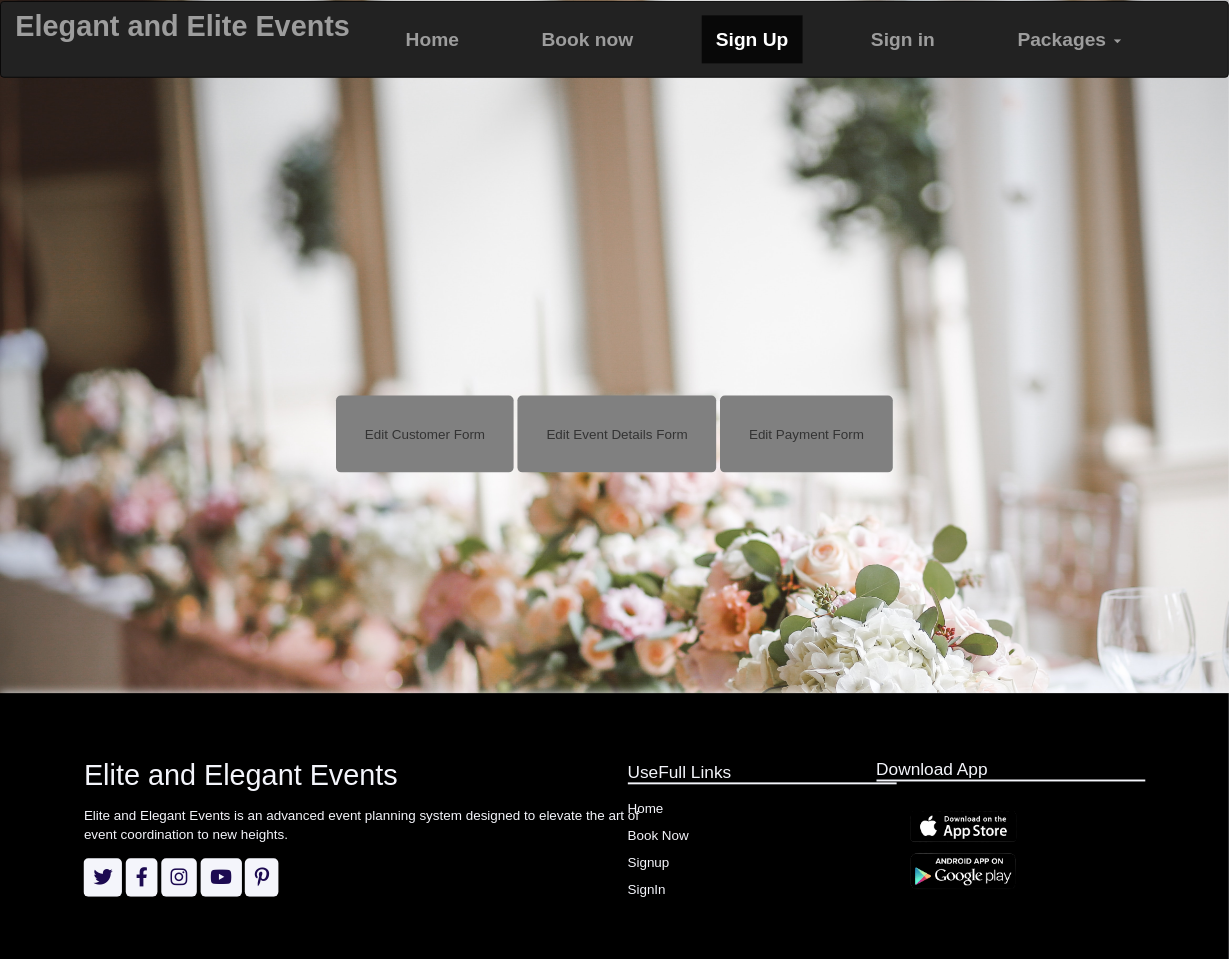
Repository: it22272690/Event-Planning-System
Page: http://localhost/PaymentDemo/useraccount.jsp
These files come from the project's save history. The page is drawn as it stood at one moment and after the next save; the edit follows.
The browser window is 1280 px wide. The pictures show the whole page, at 96% of full size.
Some web fonts or font styles are not loaded; a fallback is used. The page is served by Tomcat 10. Other server files are loaded and not shown.

Above is the page before, as saved 2023-10-24 09:06:22.

### PaymentDemo/src/main/webapp/useraccount.jsp
<%@ page language="java" contentType="text/html; charset=ISO-8859-1"
    pageEncoding="ISO-8859-1"%>
<!DOCTYPE html>
<html>
<head>
    <meta charset="UTF-8">
    <meta name="viewport" content="width=device-width, initial-scale=1.0">
    <title>User Profile</title>

    <link rel="stylesheet" type="text/css" href="css\useraccount.css">
    <link rel="stylesheet" type="text/css" href="css\home.css">
   <title>Bootstrap Example</title>
        <meta charset="utf-8">
        <meta name="viewport" content="width=device-width, initial-scale=1">
        <link rel="stylesheet" href="https://maxcdn.bootstrapcdn.com/bootstrap/3.4.1/css/bootstrap.min.css">
        <script src="https://ajax.googleapis.com/ajax/libs/jquery/3.6.4/jquery.min.js"></script>
        <script src="https://maxcdn.bootstrapcdn.com/bootstrap/3.4.1/js/bootstrap.min.js"></script>
         <!-- Style Css Link -->
    <link rel="stylesheet" href="css/footer.css">
    <!-- Style Css Link -->

    <!-- Font Awesome Cdn -->
    <link rel="stylesheet" href="https://cdnjs.cloudflare.com/ajax/libs/font-awesome/6.4.0/css/all.min.css">
    <!-- Font Awesome Cdn -->

    <!-- Google Font links -->
    <link rel="preconnect" href="https://fonts.googleapis.com">
    <link rel="preconnect" href="https://fonts.gstatic.com" crossorigin>
    <link href="https://fonts.googleapis.com/css2?family=Josefin+Sans:wght@500&display=swap" rel="stylesheet">
    <!-- Google Font links -->
    </head>
    <body>
     <style>

        body {
            font-family: 'Times New Roman';
            background-color: #f0f0f0;
            text-align: center;
            background-image: url("images/useraccount.jpg");
            background-size: cover
        }
    </style>
        <header>

            <nav class="navbar navbar-inverse">

                <div class="container-fluid">
                    <div class="navbar-header">

                        <a class="navbar-brand" href="#"><b style="font-size:30px;">Elegant and Elite Events</b></a>

                    </div>
                    <ul class="nav navbar-nav">

                        <li><a href="Home.jsp">Home</a></li>
                        <li><a href="Navigate.jsp">Book now</a></li>
                        <li class="active"><a href="Signup.jsp">Sign Up</a></li>
                        <li><a href="Signin.jsp">Sign in</a></li>
                        <li class="dropdown"> <!-- Dropdown Menu -->
                        <a href="#" class="dropdown-toggle" data-toggle="dropdown">Packages <span class="caret"></span></a>
                        <ul class="dropdown-menu">
                            <li class="center-text"><a href="#">Food and Beverages</a></li>
                            <li class="center-text"><a href="#">Decorations</a></li>
                            <li class="center-text"><a href="#">Entertainment</a></li>
                            <li class="center-text"><a href="#">Hotels</a></li>

                            </ul>
                            </li>


                    </ul>
                </div>
            </nav>

        </header>
    </head>
    <body>
        <br><br> <br><br>
        <div class="container">

            <div class="user-info">

                <!-- Display user information here (e.g., name, email, etc.) -->
            </div>
            <div class="user-actions">
                <button id="edit-customer">Edit Customer Form</button>
                <button id="edit-event">Edit Event Details Form</button>
                <button id="edit-payment">Edit Payment Form</button>
            </div>
        </div>
       <footer id="footer">
    <div class="footer-content">
        <div class="row" id="row1">
            <a href="#" id="footer-logo">Elite and Elegant Events</a>
            <p>Elite and Elegant Events is an advanced event planning system designed to elevate the art of event coordination to new heights.</p>
            <div class="socail-links">
                <i class="fa-brands fa-twitter"></i>
                <i class="fa-brands fa-facebook-f"></i>
                <i class="fa-brands fa-instagram"></i>
                <i class="fa-brands fa-youtube"></i>
                <i class="fa-brands fa-pinterest-p"></i>
            </div>
        </div>
        <div class="row" id="row2">
            <h3>UseFull Links</h3>
            <ul>
                <li><a href="#">Home</a></li>
                <li><a href="#">Book Now</a></li>
                <li><a href="#">Signup</a></li>
                <li><a href="#">SignIn</a></li>

            </ul>
        </div>

        <div class="row" id="row4">
            <h3>Download App</h3>
            <img src="images/app.png" alt="foot">
        </div>
    </div>
</footer>
    </body>
</html>

### PaymentDemo/src/main/webapp/css/useraccount.css
body {
    font-family: Arial, sans-serif;
    background-color: #f2f2f2;
    margin: 0;
    padding: 0;
    background-image: url("userprofile.jpg");
}

.container {
    max-width: 700px;
    margin: 0 auto;
    padding: 200px;
    border-radius: 10px;
}

h1 {
    text-align: center;
}

.user-info {
    margin: 20px 0;
}

.user-actions {
    text-align: center;
    margin: 30px;
}

button {
    padding: 30px 30px;
    background-color: #808080;
    color: #fff;
    border: none;
    border-radius: 5px;
    cursor: pointer;
    margin: 30px; /* Increase the margin for more space between buttons */

}

button:hover {
    background-color: #c6d0db;
}

footer {
    background-color: #222; /* Dark background for footer */
    padding: 10px;
    text-align: left;
}

.contact, .social-media {
    display: inline-block;
    margin: 0 20px;
    text-align: left;
    color: #fff;
}

.social-media a {
    color: #fff;
    text-decoration: none;
    margin: 5px;
    text-align: left;
}

### PaymentDemo/src/main/webapp/css/home.css

.button {
    display: inline-block;
    padding: 10px 20px;
    background-color: #D2691E;
    color: #fff;
    text-decoration: none;
    border-radius: 10px;
    margin-right: 10px;
}

body {
    font-family: 'Courier New';
    margin: 0;
    padding: 0;
    background-color: #FFE4B5;
    color: #fff;
}

header {
    display: flex;
    font-family: Arial;
    font-size: 20px;
    align-items: center;

    padding: 1px 0;
    justify-content: space-between; /* Center buttons horizontally */
}

    header img {
        width: 100px; /* Adjust the width as needed */
        height: auto; /* Preserve the aspect ratio */
        margin-left: 20px; /* Add some left margin to the logo */
    }

nav ul {
    list-style-type: none;
    padding: 0;
    text-align: center; /* Center buttons vertically */
}

    nav ul li {
        display: inline;
        float: right;
        display: block;
        color: white;
        padding: 14px 18px;
        text-decoration: none;
    }

        nav ul li a {
            color: #fff;
            text-decoration: none;
            font-weight: bold;
            margin: 0 10px; /* Add some horizontal spacing between the buttons */
        }

.services {
    display: flex;
    flex-wrap: wrap;
    justify-content: center;
    margin: 20px auto;
    max-width: 1200px;
    color: #8B4513; /* Set the text color to white for visibility */
}

.service {
    background-color: #fff;
    border: 1px solid #FF4500; /* Slightly darker border */
    border-radius: 5px;
    padding: 20px;
    margin: 10px;
    text-align: center;
    width: calc(33.33% - 20px);
}

footer {
    background-color: #222; /* Dark background for footer */
    padding: 20px;
    text-align: left;
}

.contact, .social-media {
    display: inline-block;
    margin: 0 20px;
    text-align: left;
    color: #fff;
}

    .social-media a {
        color: #fff;
        text-decoration: none;
        margin: 5px;
        text-align: left;
    }

/* Add this CSS to style the search bar */
.search-section {
    display: flex;
    align-items: center;
}

.search-bar {
    padding: 10px;
    border: 1px solid #ccc;
    border-radius: 5px;
    margin-right: 10px;
    width: 200px; /* Adjust the width as needed */
    outline: none; /* Remove the outline on focus */
}

    .search-bar::placeholder {
        color: #999; /* Placeholder text color */
    }

.search-button {
    background-color: #D2691E;
    color: #fff;
    padding: 10px 20px;
    border: none;
    border-radius: 5px;
    cursor: pointer;
    font-weight: bold;
}

### PaymentDemo/src/main/webapp/css/footer.css
*{
    margin: 0;
    padding: 0;
    box-sizing: border-box;
    text-decoration: none;
    list-style: none;
    scroll-behavior: smooth;
    font-family: 'Josefin Sans', sans-serif;
}
html::-webkit-scrollbar-track{
    background: transparent;
}
html::-webkit-scrollbar-thumb{
    background: #f4f5fb;
    border-radius: 10px;
}
html::-webkit-scrollbar{
    width: 10px;
}
body{
    background: #fff;
}


/* Footer Start */
#footer{
    width: 100%;
    padding: 50px 8% 50px;
    background-color: black;
    box-shadow: 10px 10px 10px 10px #f4f5fb;
}
.footer-content{
    display: grid;
    grid-template-columns: repeat(auto-fit, minmax(250px, auto));
    align-items: center;
    gap: 0.90rem;
}
#footer #row1{
    position: relative;
    overflow: hidden;
}
#footer #row1 #footer-logo{
    font-size: 30px;
    color: #f4f5fb;
}
#footer #row1 p{
    color: #f4f5fb;
    margin-top: 10px;
}
.socail-links{
    margin-top: 15px;
}
.socail-links i{
    color: #1c0a51;
    background: #f4f5fb;
    font-size: 20px;
    padding: 10px;
    border-radius: 5px;
    cursor: pointer;
}
#row2 h3{
    font-size: 18px;
    color: #f4f5fb;
    border-bottom: 2px solid #f4f5fb;
}
#row2 ul{
    margin-top: 15px;
}
#row2 ul li{
    margin-top: 8px;
}
#row2 ul li a{
    color: #f4f5fb;
    transition: 0.5s ease;
}
#row2 li a:hover{
    border-bottom: 1px solid #f4f5fb;
}
#row3 h3{
    font-size: 18px;
    color: #f4f5fb;
    border-bottom: 2px solid #f4f5fb;
}
#row3 ul{
    margin-top: 15px;
}
#row3 ul li{
    margin-top: 8px;
}
#row3 ul li a{
    color: #f4f5fb;
    transition: 0.5s ease;
}
#row3 li a:hover{
    border-bottom: 1px solid #f4f5fb;
}
#row4 h3{
    font-size: 18px;
    color: #f4f5fb;
    border-bottom: 2px solid #f4f5fb;
}
#row4 img{
    width: 180px;
    cursor: pointer;
}
/* Footer End */

After the next save:
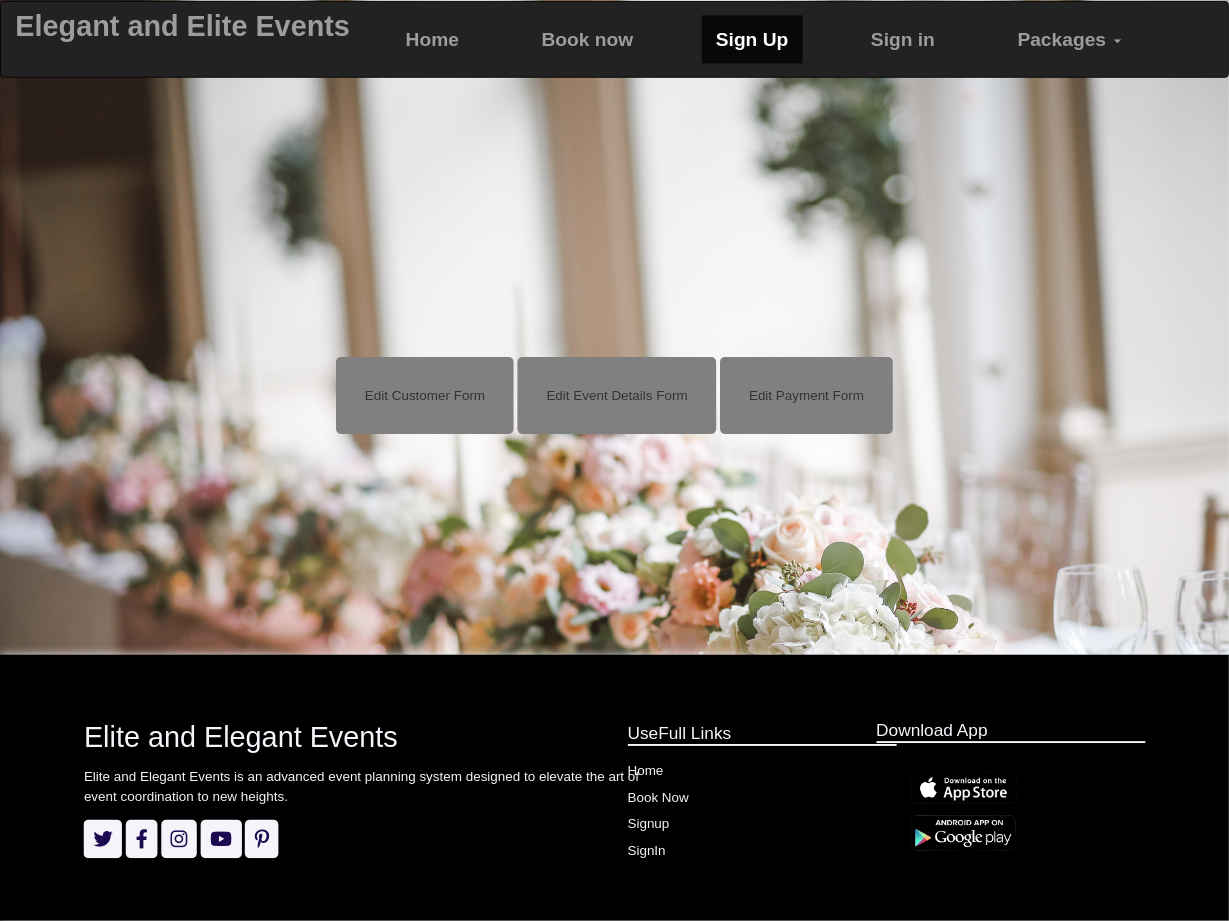
Saved 25 s later.
--- a/PaymentDemo/src/main/webapp/useraccount.jsp
+++ b/PaymentDemo/src/main/webapp/useraccount.jsp
@@ -75,7 +75,7 @@
         </header>
     </head>
     <body>
-        <br><br> <br><br>
+        <br><br>
         <div class="container">
 
             <div class="user-info">
